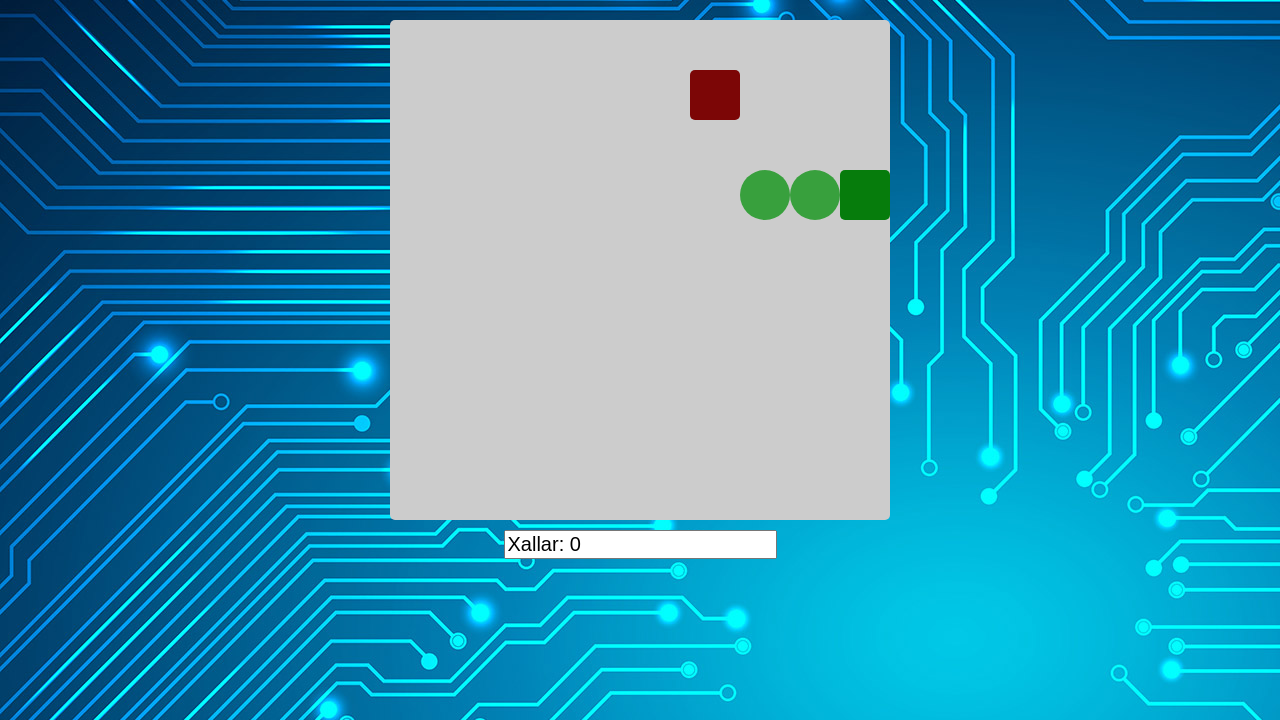
Repository: elvinyeka/SnakeGame
Page: index.html
The author's editor kept a copy of each file at every save. The page is drawn from the files as they stood at one save, then again after the next save.
The browser window is 1280 px wide. The pictures show the whole page.

Above is the page before, as saved 2020-11-08 19:49:26.

After the next save:
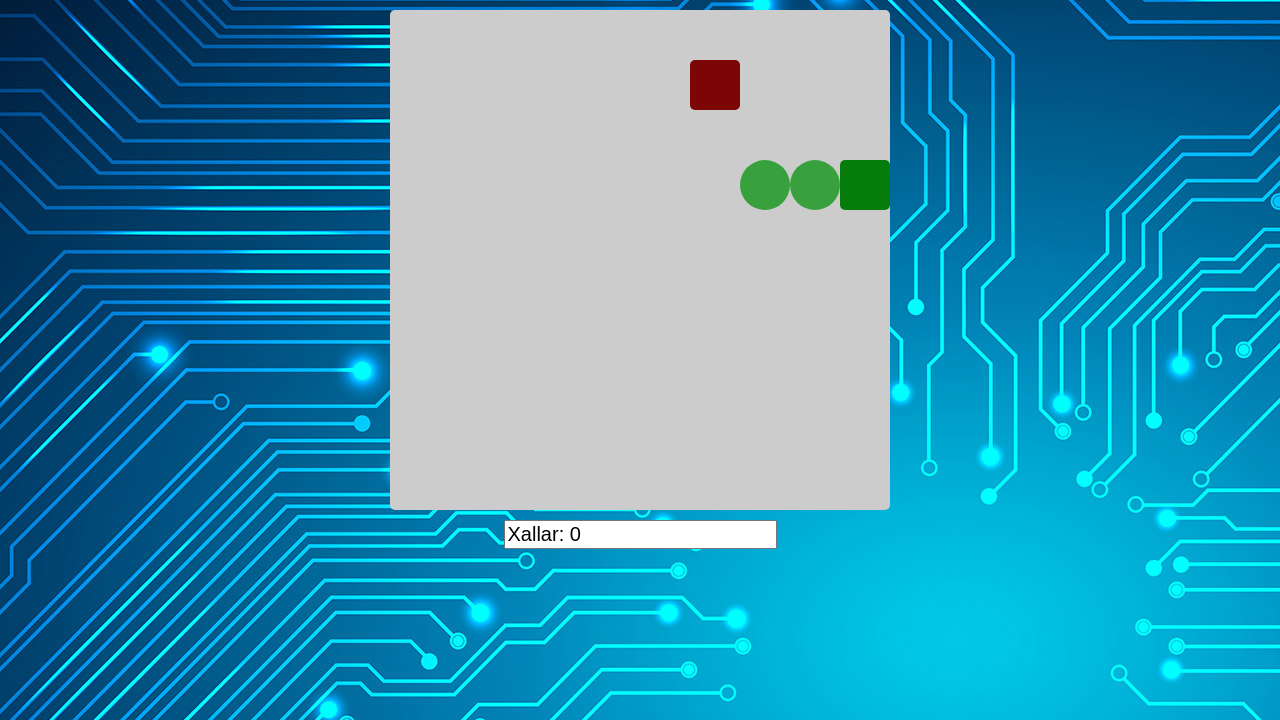
Saved 6 s later.
--- a/css/style.css
+++ b/css/style.css
@@ -3,7 +3,7 @@
 }
 
 body {
-    margin: 20px;
+    margin: 10px;
     background-image: url(../img/bg-digital.jpg);
 }
 
